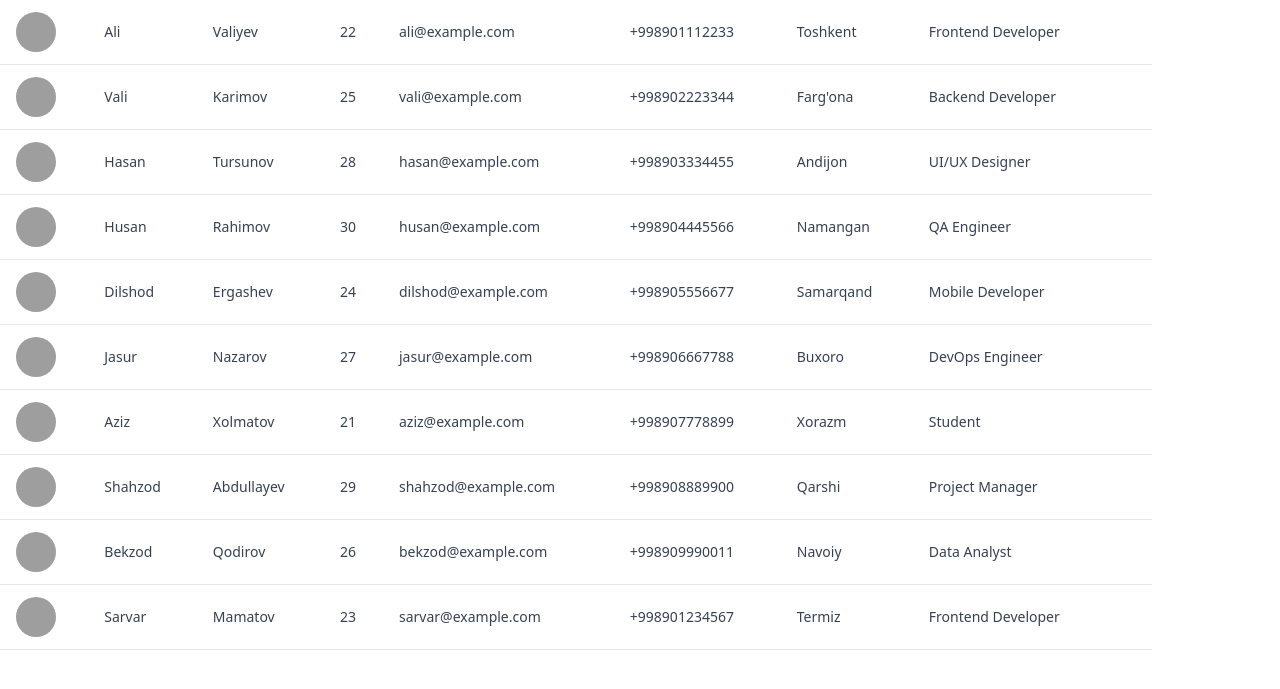
Repository: jamboy008/useformik
Page: /
The author's editor kept a copy of each file at every save. The page is drawn from the files as they stood at one save, then again after a run of saves.
The browser window is 1280 px wide. The pictures show the whole page.
Pictures or frames that could not be fetched are drawn as grey boxes. The project was rebuilt for these pictures with package versions that can differ from the ones it lists, and the page was loaded fresh each time. Also part of the build but not shown: vite.config.js.

Above is the page before, as saved 2026-08-11 14:56:43.

### index.html
<!doctype html>
<html lang="en">
  <head>
    <meta charset="UTF-8" />
    <link rel="icon" type="image/svg+xml" href="/favicon.svg" />
    <meta name="viewport" content="width=device-width, initial-scale=1.0" />
    <title>7-11dars</title>
  </head>
  <body>
    <div id="root"></div>
    <script type="module" src="/src/main.jsx"></script>
  </body>
</html>

### src/App.jsx
import React from 'react'
import Table from './components/Table'

function App() {
  return (
    <>
      <Table />
    </>
  )
}

export default App

### src/components/Table.jsx
import React, { useState } from "react";
import { users } from "../data/users";
import Button from "./Button";
import TableRow from "./TableRow";

function Table() {
  let [data, setData] = useState(users);
  function handleDelete(id) {
    setData(data.filter((user) => user.id !== id));
  }
  return (
    <table className="w-[90vw]">
      <thead className="bg-gray-100">

      </thead>
      <tbody>
        {data.map((user)=>(
        <TableRow user={user} key={user.id} handleDelete={handleDelete}/>
        ))}
      </tbody>
    </table>
  );
}

export default Table;

### src/data/users.js
export const users = [
  {
    id: 1,
    firstName: "Ali",
    lastName: "Valiyev",
    age: 22,
    email: "ali@example.com",
    phone: "+998901112233",
    city: "Toshkent",
    profession: "Frontend Developer",
    isMarried: false,
    salary: 1200,
    avatar: "https://i.pravatar.cc/150?img=1",
  },
  {
    id: 2,
    firstName: "Vali",
    lastName: "Karimov",
    age: 25,
    email: "vali@example.com",
    phone: "+998902223344",
    city: "Farg'ona",
    profession: "Backend Developer",
    isMarried: true,
    salary: 1500,
    avatar: "https://i.pravatar.cc/150?img=2",
  },
  {
    id: 3,
    firstName: "Hasan",
    lastName: "Tursunov",
    age: 28,
    email: "hasan@example.com",
    phone: "+998903334455",
    city: "Andijon",
    profession: "UI/UX Designer",
    isMarried: false,
    salary: 1100,
    avatar: "https://i.pravatar.cc/150?img=3",
  },
  {
    id: 4,
    firstName: "Husan",
    lastName: "Rahimov",
    age: 30,
    email: "husan@example.com",
    phone: "+998904445566",
    city: "Namangan",
    profession: "QA Engineer",
    isMarried: true,
    salary: 1300,
    avatar: "https://i.pravatar.cc/150?img=4",
  },
  {
    id: 5,
    firstName: "Dilshod",
    lastName: "Ergashev",
    age: 24,
    email: "dilshod@example.com",
    phone: "+998905556677",
    city: "Samarqand",
    profession: "Mobile Developer",
    isMarried: false,
    salary: 1400,
    avatar: "https://i.pravatar.cc/150?img=5",
  },
  {
    id: 6,
    firstName: "Jasur",
    lastName: "Nazarov",
    age: 27,
    email: "jasur@example.com",
    phone: "+998906667788",
    city: "Buxoro",
    profession: "DevOps Engineer",
    isMarried: true,
    salary: 1800,
    avatar: "https://i.pravatar.cc/150?img=6",
  },
  {
    id: 7,
    firstName: "Aziz",
    lastName: "Xolmatov",
    age: 21,
    email: "aziz@example.com",
    phone: "+998907778899",
    city: "Xorazm",
    profession: "Student",
    isMarried: false,
    salary: 500,
    avatar: "https://i.pravatar.cc/150?img=7",
  },
  {
    id: 8,
    firstName: "Shahzod",
    lastName: "Abdullayev",
    age: 29,
    email: "shahzod@example.com",
    phone: "+998908889900",
    city: "Qarshi",
    profession: "Project Manager",
    isMarried: true,
    salary: 2000,
    avatar: "https://i.pravatar.cc/150?img=8",
  },
  {
    id: 9,
    firstName: "Bekzod",
    lastName: "Qodirov",
    age: 26,
    email: "bekzod@example.com",
    phone: "+998909990011",
    city: "Navoiy",
    profession: "Data Analyst",
    isMarried: false,
    salary: 1600,
    avatar: "https://i.pravatar.cc/150?img=9",
  },
  {
    id: 10,
    firstName: "Sarvar",
    lastName: "Mamatov",
    age: 23,
    email: "sarvar@example.com",
    phone: "+998901234567",
    city: "Termiz",
    profession: "Frontend Developer",
    isMarried: false,
    salary: 1000,
    avatar: "https://i.pravatar.cc/150?img=10",
  },
];

### src/components/Button.jsx
import React from "react";
const variant = {

}

function Button({ text, variant }) {
  return <div></div>;
}

export default Button;

### src/components/TableRow.jsx
import React from "react";
import Button from "./Button";

function TableRow({ user, handleDelete }) {
  return (
      <tr key={user.id} className="border-b border-gray-200">
        <td className="px-4 py-3 text-sm text-gray-700">
          <img
            src={user.avatar}
            alt={user.firstName}
            className="w-10 h-10 rounded-full"
          />
        </td>
        <td className="px-4 py-3 text-sm text-gray-700">{user.firstName}</td>
        <td className="px-4 py-3 text-sm text-gray-700">{user.lastName}</td>
        <td className="px-4 py-3 text-sm text-gray-700">{user.age}</td>
        <td className="px-4 py-3 text-sm text-gray-700">{user.email}</td>
        <td className="px-4 py-3 text-sm text-gray-700">{user.phone}</td>
        <td className="px-4 py-3 text-sm text-gray-700">{user.city}</td>
        <td className="px-4 py-3 text-sm text-gray-700">{user.profession}</td>
        <td className="px-4 py-3 text-center">
          <Button variant={"secondary"} text="edit" />
          <Button
            variant={"danger"}
            text="delete"
            onClick={() => handleDelete(user.id)}
          />
        </td>
      </tr>
  );
}

export default TableRow;

Loaded but not shown: src/main.jsx (common file); src/index.css (common file)

After the next 5 saves:
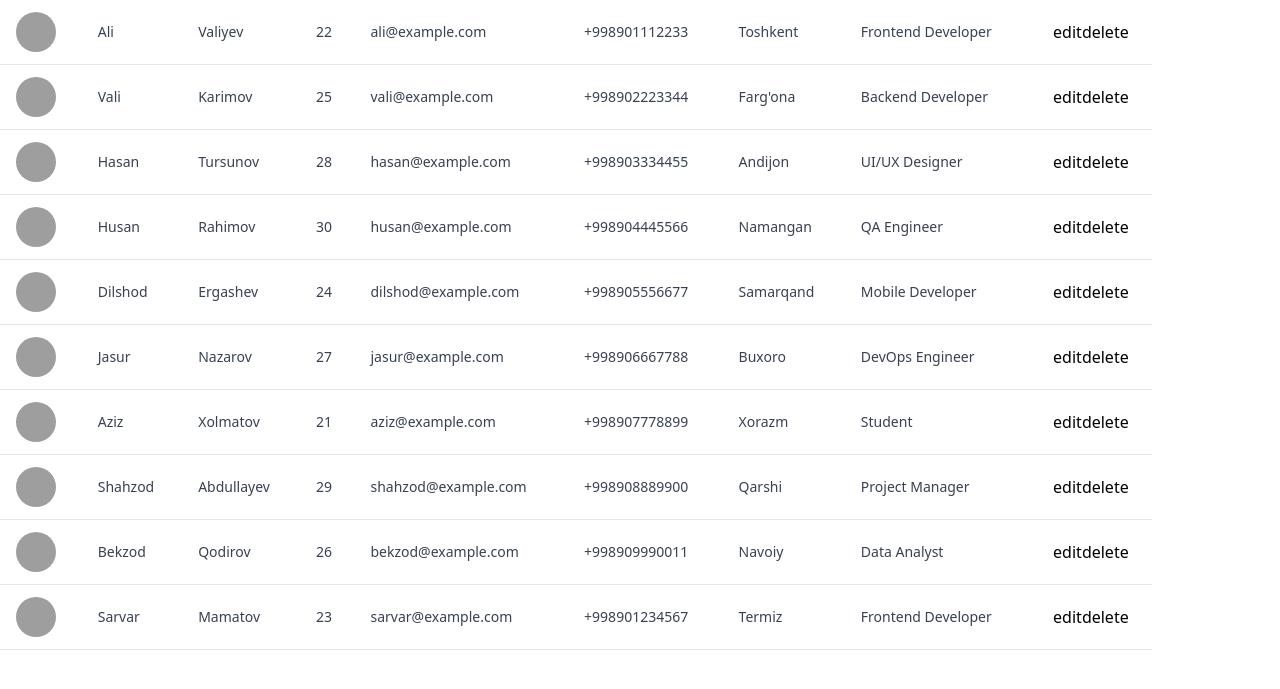
The 5 saves are shown as one change because 1 did not build or start and some came seconds apart.
The last was saved 17 s later.
--- a/src/components/Button.jsx
+++ b/src/components/Button.jsx
@@ -1,10 +1,8 @@
 import React from "react";
-const variant = {
-
-}
+const variant = {};
 
 function Button({ text, variant }) {
-  return <div></div>;
+  return <button>{text}</button>;
 }
 
 export default Button;
